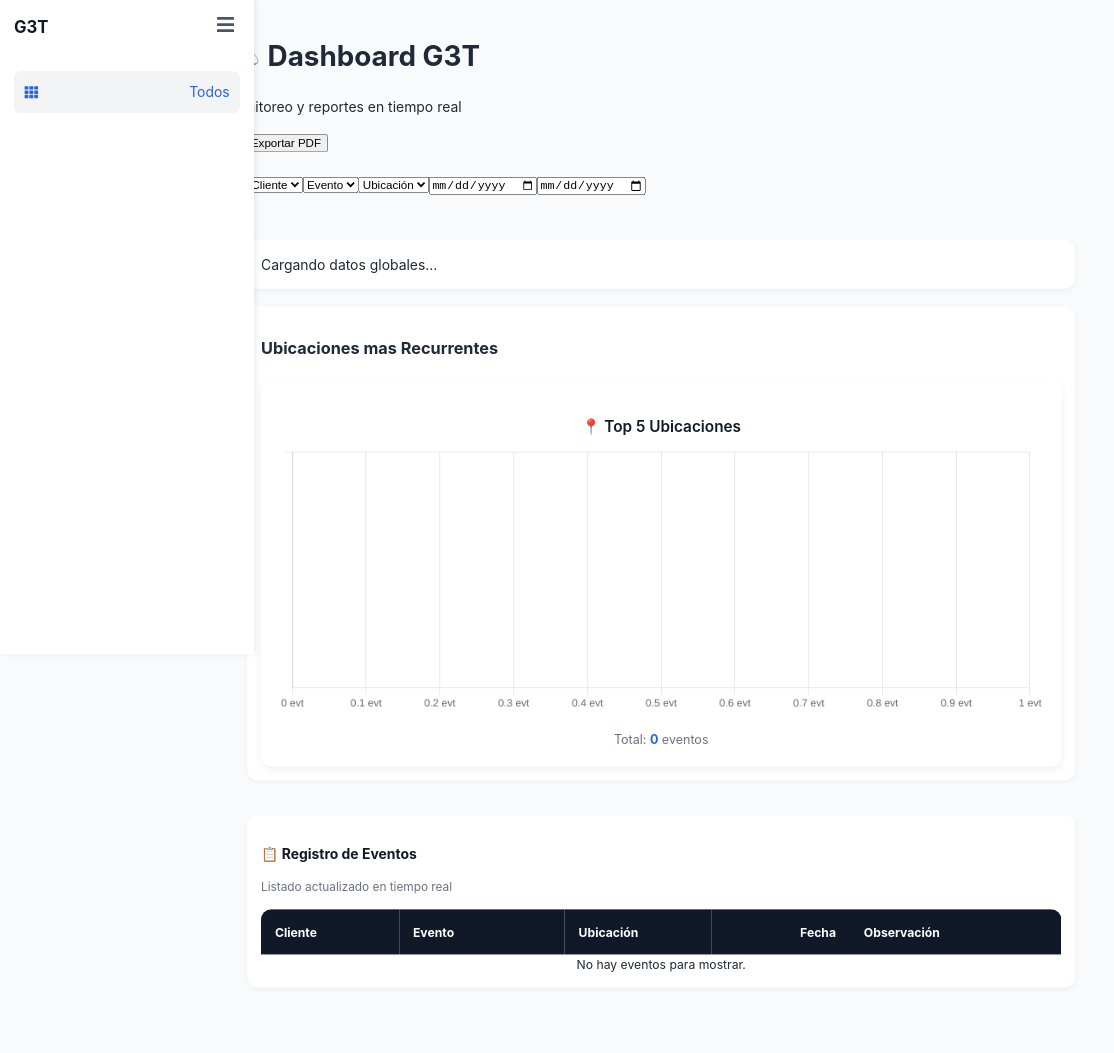
Repository: BBrian11/reportes
Page: /
The author's editor kept a copy of each file at every save. The page is drawn from the files as they stood at one save, then again after the next save.
The browser window is 1280 px wide. The pictures show the whole page, at 87% of full size.
The page's requests for data from a server got no answer. The project was rebuilt for these pictures with package versions that can differ from the ones it lists, and the page was loaded fresh each time. No one was signed in, and anything a server would have sent is missing. Also part of the build but not shown: vite.config.js, src/styles/barChart.css, src/components/Dashboard/BarChart.jsx, src/components/Dashboard/PieChart.jsx, src/components/Dashboard/LineChart.jsx, src/styles/tgsstats.css, src/components/Dashboard/TgsStats.jsx, src/styles/edificiostats.css and 8 more.

Above is the page before, as saved 2025-07-31 13:39:59.

### index.html
<!DOCTYPE html>
<html lang="es">
  <head>
    <meta charset="UTF-8" />
    <meta name="viewport" content="width=device-width, initial-scale=1.0" />
    <title>Dashboard G3T</title>
  </head>
  <body>
    <div id="root"></div>
    <script type="module" src="/src/main.jsx"></script>
  </body>
</html>

### src/main.jsx
import React from "react";
import ReactDOM from "react-dom/client";
import App from "./App.jsx";
import "./styles/dashboard.css";
import "./styles/form.css";

ReactDOM.createRoot(document.getElementById("root")).render(
  <React.StrictMode>
    <App />
  </React.StrictMode>
);

### src/App.jsx
import React from "react";
import Dashboard from "./components/Dashboard/Dashboard.jsx";

export default function App() {
  return <Dashboard />;
}

### src/components/Dashboard/Dashboard.jsx
import React, { useEffect, useState } from "react";
import Sidebar from "./Sidebar.jsx";
import Header from "./Header.jsx";
import Filters from "./Filters.jsx";
import Charts from "./Charts.jsx";
import EventsTable from "./EventsTable.jsx";
import TgsStats from "./TgsStats.jsx";
import EdificioStats from "./EdificioStats.jsx";
import VtvStats from "./VtvStats.jsx";
import GlobalStats from "./GlobalStats.jsx";
import MiniCharts from "./MiniCharts.jsx";
import LineAnalytics from "./LineAnalytics.jsx";
import { collection, onSnapshot } from "firebase/firestore";
import { db } from "../../services/firebase";
import "../../styles/dashboard.css";

export default function Dashboard() {
  const [eventos, setEventos] = useState([]);
  const [filtros, setFiltros] = useState({
    cliente: "",
    ubicacion: "",
    evento: "",
    fechaInicio: "",
    fechaFin: "",
  });

  // ✅ Sidebar handlers
  const handleSelectCliente = (cliente) => {
    setFiltros({ ...filtros, cliente: cliente === "Todos" ? "" : cliente, ubicacion: "" });
  };

  const handleSelectUbicacion = (cliente, ubicacion) => {
    setFiltros({ ...filtros, cliente, ubicacion });
  };

  // ✅ Firestore listener
  useEffect(() => {
    const collections = [
      { path: "novedades/tgs/eventos", cliente: "TGS", eventoKey: "evento-tgs", ubicacionKey: "locaciones-tgs" },
      { path: "novedades/edificios/eventos", cliente: "Edificios", eventoKey: "evento-edificio" },
      { path: "novedades/vtv/eventos", cliente: "VTV", eventoKey: "evento-vtv", ubicacionKey: "planta-vtv" },
      { path: "novedades/barrios/eventos", cliente: "Barrios", eventoKey: "evento-barrios", ubicacionKey: "barrio" },
      { path: "novedades/otros/eventos", cliente: "Otros", eventoKey: "evento-otros", ubicacionKey: "otro" },
    ];

    const unsubscribes = collections.map(({ path, cliente, eventoKey, ubicacionKey }) =>
      onSnapshot(collection(db, path), (snapshot) => {
        const nuevos = snapshot.docs.map((doc) => {
          const d = doc.data();
          let ubicacion = "Sin Ubicación";

          if (cliente === "Edificios") {
            const edificio = d["edificio"] || "";
            const unidad = d["unidad"] ? ` - ${d["unidad"]}` : "";
            ubicacion = edificio ? edificio + unidad : "Sin Ubicación";
          } else {
            ubicacion = d[ubicacionKey] || "Sin Ubicación";
          }

          return {
            id: doc.id,
            cliente,
            evento: d[eventoKey] || "Sin Evento",
            ubicacion,
            fecha: d.fechaHoraEnvio ? new Date(d.fechaHoraEnvio.seconds * 1000).toLocaleString("es-AR") : "Sin Fecha",
            fechaObj: d.fechaHoraEnvio ? new Date(d.fechaHoraEnvio.seconds * 1000) : null,
            observacion: d[`observaciones-${cliente.toLowerCase()}`] || "Sin Observación",
          };
        });

        setEventos((prev) => [...prev.filter((e) => e.cliente !== cliente), ...nuevos]);
      })
    );

    return () => unsubscribes.forEach((unsub) => unsub());
  }, []);

  // ✅ Filtrado dinámico
  const eventosFiltrados = eventos.filter((e) => {
    const fechaEvento = e.fechaObj;
    const fechaInicio = filtros.fechaInicio ? new Date(filtros.fechaInicio) : null;
    const fechaFin = filtros.fechaFin ? new Date(filtros.fechaFin) : null;

    return (
      (!filtros.cliente || e.cliente === filtros.cliente) &&
      (!filtros.ubicacion || e.ubicacion === filtros.ubicacion) &&
      (!filtros.evento || e.evento === filtros.evento) &&
      (!fechaInicio || fechaEvento >= fechaInicio) &&
      (!fechaFin || fechaEvento <= fechaFin)
    );
  });

  return (
    <div className="dashboard-layout">
      <Sidebar eventos={eventos} onSelectCliente={handleSelectCliente} onSelectUbicacion={handleSelectUbicacion} />

      <main className="dashboard-main">
        <Header />
        <div className="dashboard-content">
          <Filters filtros={filtros} setFiltros={setFiltros} eventos={eventos} />

          {!filtros.cliente ? (
            <div className="grid-layout">
              <GlobalStats eventos={eventosFiltrados} />
              <Charts eventos={eventosFiltrados} />
              <EventsTable eventos={eventosFiltrados} className="events-table-large" /> {/* ✅ Tabla más grande */}
            </div>
          ) : (
            <div className="grid-layout">
              <MiniCharts eventos={eventosFiltrados} />
              <LineAnalytics eventos={eventosFiltrados} cliente={filtros.cliente} fechaInicio={filtros.fechaInicio} fechaFin={filtros.fechaFin} />

              {/* ✅ Estadísticas específicas */}
              {filtros.cliente === "TGS" && <TgsStats eventos={eventosFiltrados} />}
              {filtros.cliente === "Edificios" && <EdificioStats eventos={eventosFiltrados} />}
              {filtros.cliente === "VTV" && <VtvStats eventos={eventosFiltrados} />}
              {filtros.cliente === "Otros" && <VtvStats eventos={eventosFiltrados} />}

              <div className="dashboard-content">
                <div className="grid-layout">
                  <EventsTable eventos={eventosFiltrados} className="events-table-large" />
                </div>
              </div>
            </div>
          )}
        </div>
      </main>
    </div>
  );
}

### src/components/Dashboard/Header.jsx
import React from 'react';

export default function Header() {
  return (
    <div className="bg-gradient-to-r from-blue-700 to-indigo-800 text-white p-4 rounded-lg shadow-md flex justify-between items-center mb-4">
      <div>
        <h1 className="text-xl font-bold">📡 Dashboard G3T</h1>
        <p className="text-sm">Monitoreo y reportes en tiempo real</p>
      </div>
      <button className="bg-white text-blue-900 px-4 py-2 rounded shadow hover:bg-gray-200 transition">
        📄 Exportar PDF
      </button>
    </div>
  );
}

### src/components/Dashboard/Filters.jsx
import React from 'react';

export default function Filters() {
  return (
    <div className="bg-white p-4 rounded-lg shadow mb-4 flex flex-wrap gap-2">
      <select className="border p-2 rounded w-full md:w-auto">
        <option>Cliente</option>
      </select>
      <select className="border p-2 rounded w-full md:w-auto">
        <option>Evento</option>
      </select>
      <select className="border p-2 rounded w-full md:w-auto">
        <option>Ubicación</option>
      </select>
      <input type="date" className="border p-2 rounded w-full md:w-auto" />
      <input type="date" className="border p-2 rounded w-full md:w-auto" />
    </div>
  );
}

### src/components/Dashboard/Charts.jsx
import React from "react";
import BarChart from "./BarChart";
import PieChart from "./PieChart";
import LineChart from "./LineChart";
import HorizontalChart from "./HorizontalChart";
import {
  Chart as ChartJS,
  CategoryScale,
  LinearScale,
  BarElement,
  ArcElement,
  PointElement,
  LineElement,
  Title,
  Tooltip,
  Legend,
} from "chart.js";

ChartJS.register(
  CategoryScale,
  LinearScale,
  BarElement,
  ArcElement,
  PointElement,
  LineElement,
  Title,
  Tooltip,
  Legend
);

export default function Charts({ eventos }) {
  return (
    <div className="grid grid-cols-1 lg:grid-cols-2 gap-6 mb-6">
      {/* Eventos por mes */}




      {/* Top ubicaciones */}
      <div className="bg-white rounded-xl shadow p-4 hover:shadow-lg transition">
        <h3 className="text-lg font-semibold mb-4 flex items-center justify-between">
          Ubicaciones mas Recurrentes

        </h3>
        <HorizontalChart eventos={eventos} />

      </div>
    </div>
  );
}

### src/components/Dashboard/EventsTable.jsx
import React from "react";
import DataTable, { createTheme } from "react-data-table-component";
import "../../styles/eventstable.css";

// ✅ Tema personalizado para DataTable
createTheme("g3tTheme", {
  text: {
    primary: "#1f2937",
    secondary: "#6b7280",
  },
  background: {
    default: "#ffffff",
  },
  context: {
    background: "#2563eb",
    text: "#FFFFFF",
  },
  divider: {
    default: "#e5e7eb",
  },
  action: {
    button: "rgba(0,0,0,.54)",
    hover: "rgba(0,0,0,.08)",
    disabled: "rgba(0,0,0,.12)",
  },
});

export default function EventsTable({ eventos }) {
  const columns = [
    { name: "Cliente", selector: row => row.cliente, sortable: true, grow: 1.2 },
    { name: "Evento", selector: row => row.evento, sortable: true, grow: 1.5 },
    { name: "Ubicación", selector: row => row.ubicacion, grow: 1.3 },
    { name: "Fecha", selector: row => row.fecha, sortable: true, right: true, grow: 1.2 },
    { name: "Observación", selector: row => row.observacion, grow: 2, wrap: true },
  ];

  const customStyles = {
    headCells: {
      style: {
        fontWeight: "700",
        fontSize: "14px",
        backgroundColor: "#111827",
        color: "#fff",
        paddingTop: "12px",
        paddingBottom: "12px",
      },
    },
    cells: {
      style: {
        fontSize: "13px",
        paddingTop: "8px",
        paddingBottom: "8px",
      },
    },
    rows: {
      style: {
        "&:hover": {
          backgroundColor: "#f3f4f6",
          cursor: "pointer",
        },
      },
    },
  };

  return (
    <div className="event-table-card">
      <div className="table-header">
        <h3 className="table-title">
          📋 Registro de Eventos
        </h3>
        <span className="table-subtitle">Listado actualizado en tiempo real</span>
      </div>
      <DataTable
        columns={columns}
        data={eventos}
        pagination
        highlightOnHover
        responsive
        persistTableHead
        striped
        noDataComponent="No hay eventos para mostrar."
        theme="g3tTheme"
        customStyles={customStyles}
        paginationPerPage={10}
        paginationRowsPerPageOptions={[10, 20, 50]}
        fixedHeader
        fixedHeaderScrollHeight="400px"
      />
    </div>
  );
}

### src/styles/sidebar.css
.sidebar {
    width: 260px;
    background: #fff;
    height: 100vh;
    position: fixed;
    top: 0;
    left: 0;
    display: flex;
    flex-direction: column;
    padding: 16px;
    box-shadow: 2px 0 6px rgba(0, 0, 0, 0.08);
    transition: width 0.3s ease;
    overflow: hidden;
  }

  .sidebar.collapsed {
    width: 80px;
  }

  .sidebar-header {
    display: flex;
    justify-content: space-between;
    align-items: center;
    margin-bottom: 20px;
  }

  .logo-text {
    font-size: 1.2rem;
    font-weight: 700;
    color: #111827;
  }

  .toggle-btn {
    background: none;
    border: none;
    font-size: 1.4rem;
    cursor: pointer;
    color: #4b5563;
  }

  .sidebar ul {
    list-style: none;
    padding: 0;
  }

  .sidebar-item {
    margin-bottom: 6px;
  }

  .sidebar-link {
    display: flex;
    align-items: center;
    justify-content: space-between;
    padding: 12px;
    border-radius: 8px;
    color: #374151;
    cursor: pointer;
    transition: background 0.2s ease;
  }

  .sidebar-link:hover,
  .sidebar-link.active {
    background: #f3f4f6;
    color: #2563eb;
  }

  .sub-menu {
    background: #f9fafb;
    margin-top: 6px;
    border-radius: 6px;
    padding: 8px;
  }

  .search-input {
    width: 100%;
    padding: 6px 10px;
    border-radius: 6px;
    border: 1px solid #d1d5db;
    margin-bottom: 8px;
    font-size: 0.9rem;
  }

  .scrollable-list {
    max-height: 180px; /* ✅ Scroll interno */
    overflow-y: auto;
  }

  .scrollable-list ul {
    list-style: none;
    padding-left: 12px;
    margin: 4px 0;
  }

  .sub-item {
    padding: 6px;
    cursor: pointer;
    border-radius: 4px;
    font-size: 0.9rem;
    color: #4b5563;
  }

  .sub-item:hover {
    background: #e5e7eb;
    color: #111827;
  }

  .grupo {
    margin-bottom: 8px;
  }

  .grupo strong {
    font-size: 0.85rem;
    color: #6b7280;
    display: block;
    margin-bottom: 4px;
  }

### src/components/Dashboard/HorizontalChart.jsx
import { Bar } from "react-chartjs-2";
import "../../styles/horizontalchart.css"; // ✅ Nueva hoja de estilos

export default function HorizontalChart({ eventos }) {
  const countByLocation = {};
  eventos.forEach(e => {
    countByLocation[e.ubicacion] = (countByLocation[e.ubicacion] || 0) + 1;
  });

  const sorted = Object.entries(countByLocation)
    .sort((a, b) => b[1] - a[1])
    .slice(0, 5);

  const labels = sorted.map(([loc]) => loc);
  const values = sorted.map(([_, count]) => count);
  const total = values.reduce((a, b) => a + b, 0);

  const colors = ["#2563eb", "#16a34a", "#f59e0b", "#dc2626", "#6b7280"];

  const data = {
    labels,
    datasets: [
      {
        label: "Eventos",
        data: values,
        backgroundColor: colors,
        borderRadius: 6,
        barThickness: 28,
      },
    ],
  };

  const options = {
    indexAxis: "y",
    responsive: true,
    maintainAspectRatio: false,
    plugins: {
      legend: { display: false },
      tooltip: {
        callbacks: {
          label: (ctx) => {
            const count = ctx.parsed.x;
            const pct = ((count / total) * 100).toFixed(1);
            return ` ${count} eventos (${pct}%)`;
          },
        },
      },
    },
    scales: {
      x: {
        ticks: {
          callback: (value) => value + " evt",
        },
      },
    },
  };

  return (
    <div className="horizontal-chart-card">
      <h4 className="horizontal-chart-title">📍 Top 5 Ubicaciones</h4>
      <div className="horizontal-chart-wrapper">
        <Bar data={data} options={options} />
      </div>
      <div className="horizontal-chart-footer">
        Total: <span>{total}</span> eventos
      </div>
    </div>
  );
}

### src/styles/eventstable.css
.event-table-card {
    background: #fff;
    border-radius: 12px;
    box-shadow: 0 4px 8px rgba(0,0,0,0.08);
    padding: 20px;
    margin-top: 20px;
    overflow: hidden;
  }

  .table-header {
    display: flex;
    flex-direction: column;
    margin-bottom: 16px;
  }

  .table-title {
    font-size: 1rem;
    font-weight: 700;
    color: #111827;
    display: flex;
    align-items: center;
    gap: 8px;
  }

  .table-subtitle {
    font-size: 0.85rem;
    color: #6b7280;
  }

  .rdt_TableHeader {
    border-bottom: 1px solid #e5e7eb;
  }

  .rdt_Table {
    font-size: 14px;
  }

  .rdt_TableRow {
    transition: background 0.2s ease;
  }

  .rdt_TableRow:hover {
    background: #f9fafb;
  }

  .rdt_Pagination {
    border-top: 1px solid #e5e7eb;
    padding: 10px;
    font-size: 0.85rem;
  }

### src/styles/horizontalchart.css
.horizontal-chart-card {
    background: #fff;
    border-radius: 12px;
    padding: 20px;
    box-shadow: 0 4px 10px rgba(0, 0, 0, 0.06);
    display: flex;
    flex-direction: column;
    justify-content: space-between;
    height: 100%;
    transition: transform 0.2s ease, box-shadow 0.2s ease;
  }

  .horizontal-chart-card:hover {
    transform: translateY(-4px);
    box-shadow: 0 8px 16px rgba(0, 0, 0, 0.08);
  }

  .horizontal-chart-title {
    font-size: 1.1rem;
    font-weight: 600;
    color: #111827;
    margin-bottom: 16px;
    text-align: center;
  }

  .horizontal-chart-wrapper {
    position: relative;
    height: 300px;
    margin-bottom: 12px;
  }

  .horizontal-chart-footer {
    font-size: 0.9rem;
    color: #6b7280;
    text-align: center;
    margin-top: 8px;
  }

  .horizontal-chart-footer span {
    font-weight: bold;
    color: #2563eb;
  }

Loaded but not shown: src/services/firebase.js (16 lines, source omitted); src/styles/dashboard.css (636 lines, source omitted); src/components/Dashboard/GlobalStats.jsx (148 lines, source omitted); src/components/Dashboard/Sidebar.jsx (143 lines, source omitted)

After the next save:
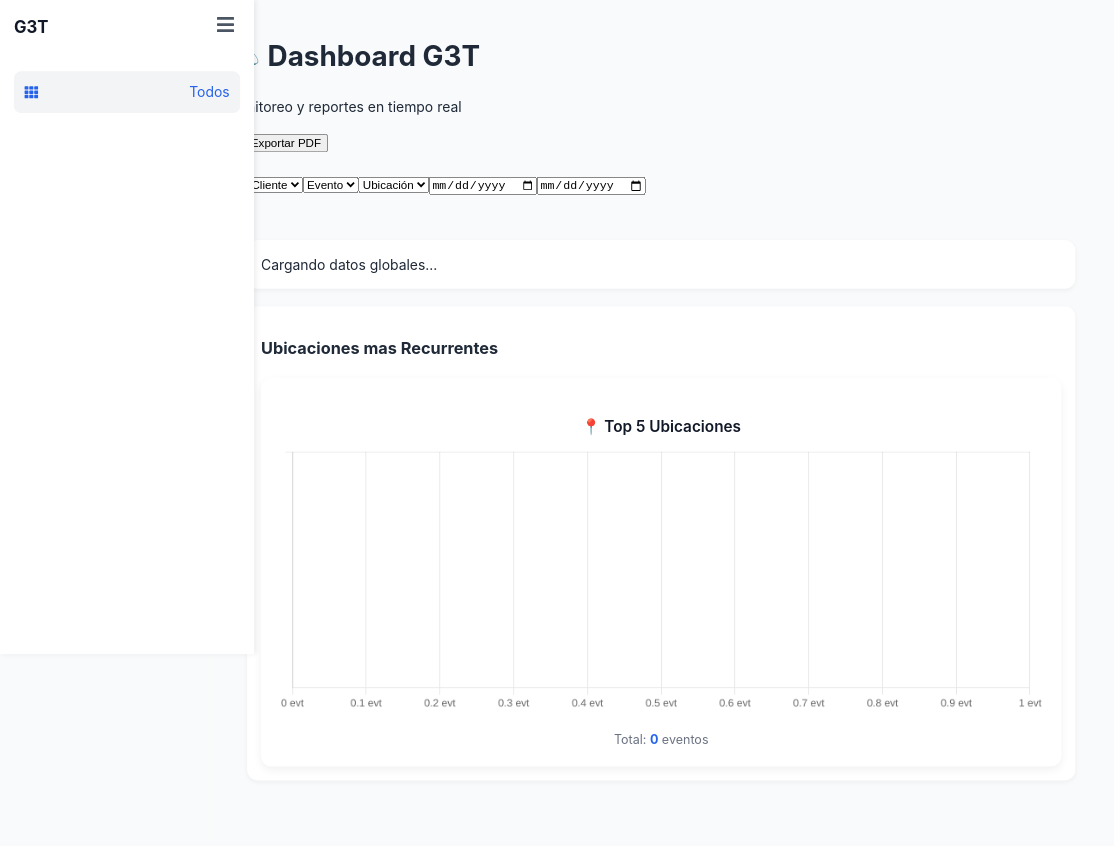
Saved 64 s later.
--- a/src/components/Dashboard/Dashboard.jsx
+++ b/src/components/Dashboard/Dashboard.jsx
@@ -103,7 +103,7 @@
             <div className="grid-layout">
               <GlobalStats eventos={eventosFiltrados} />
               <Charts eventos={eventosFiltrados} />
-              <EventsTable eventos={eventosFiltrados} className="events-table-large" /> {/* ✅ Tabla más grande */}
+
             </div>
           ) : (
             <div className="grid-layout">

After the save that followed:
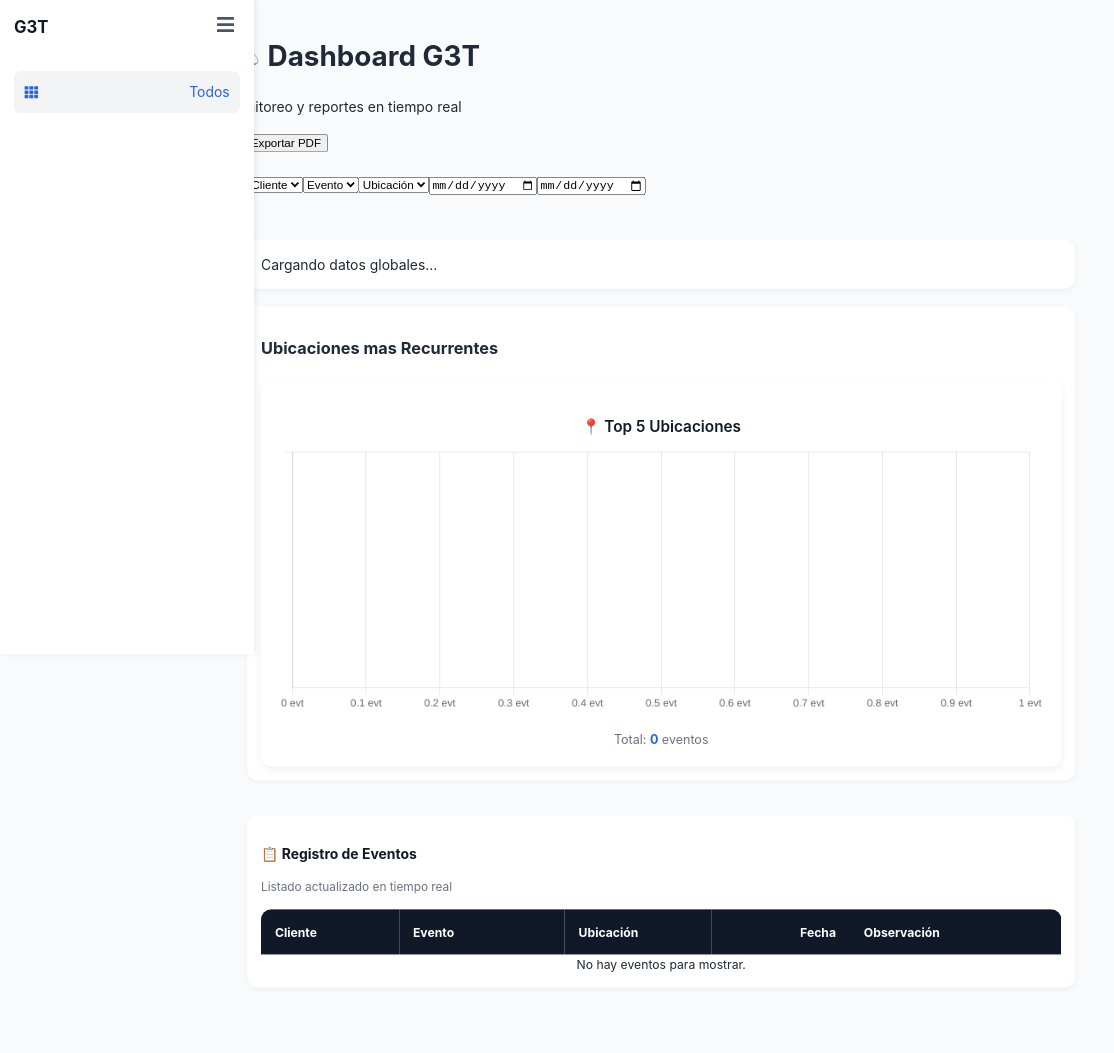
Saved 16 s later.
--- a/src/components/Dashboard/Dashboard.jsx
+++ b/src/components/Dashboard/Dashboard.jsx
@@ -103,7 +103,7 @@
             <div className="grid-layout">
               <GlobalStats eventos={eventosFiltrados} />
               <Charts eventos={eventosFiltrados} />
-
+              <EventsTable eventos={eventosFiltrados} className="events-table-large" /> {/* ✅ Tabla más grande */}
             </div>
           ) : (
             <div className="grid-layout">
